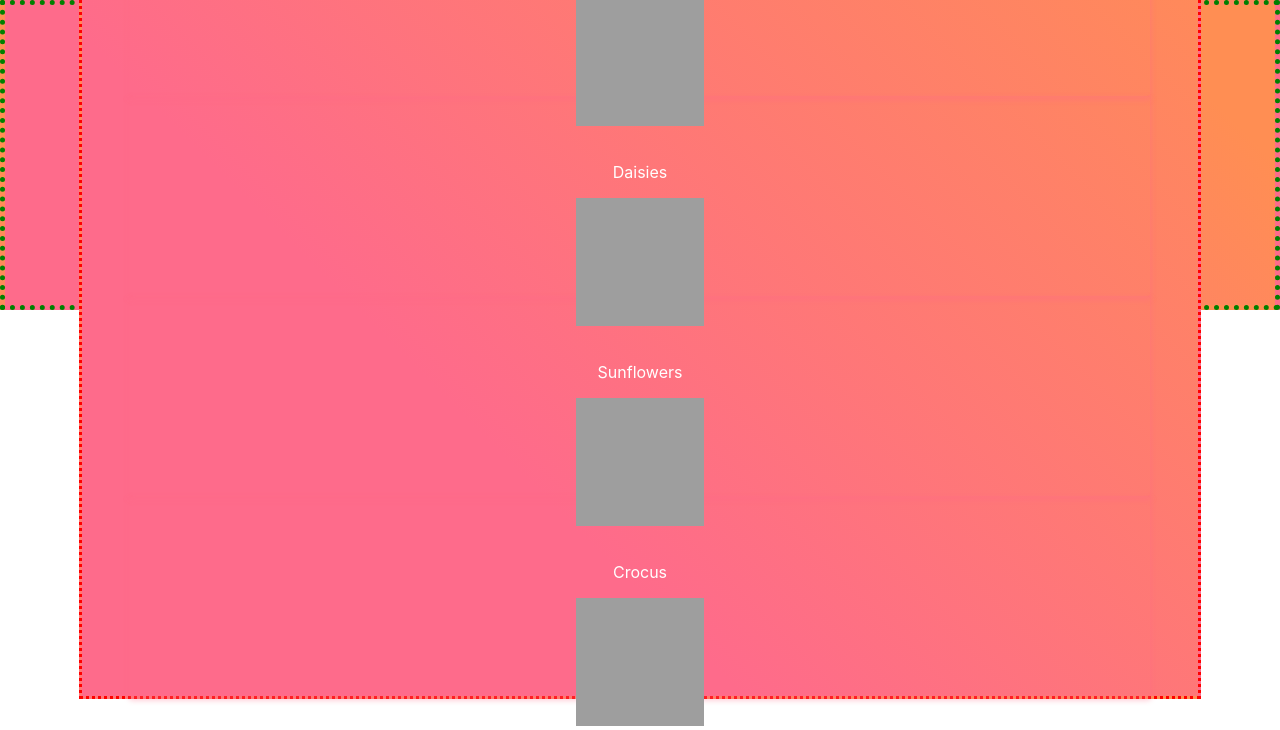
Repository: DevLuDaley/react-flower-shop
Page: /
The author's editor kept a copy of each file at every save. The page is drawn from the files as they stood at one save, then again after the next save.
The browser window is 1280 px wide. The pictures show the whole page.
Pictures or frames that could not be fetched are drawn as grey boxes. The project was rebuilt for these pictures with package versions that can differ from the ones it lists, and the page was loaded fresh each time.

Above is the page before, as saved 2021-02-19 22:06:54.

### src/App.js
// import './App.css';
import Grid from '@material-ui/core/Grid';
import Container from '@material-ui/core/Container';
import { makeStyles } from '@material-ui/core/styles';

// // or
// import { Grid } from '@material-ui/core';
//  import FlowerGallery from './components/FlowerGallery'
 import FlowersContainer from './Containers/FlowersContainer'


const useStyles = makeStyles({
  root: {
    background: 'linear-gradient(45deg, #FE6B8B 30%, #FF8E53 90%)',
    display: 'flex',
    justifyContent: 'center',
    alignItems: 'center',
    textAlign: 'center',
    height: '200px',
    border: '5px dotted green',
    padding: '50px'
  },
});

function App() {
  const classes = useStyles();
  return (
    <Grid className={classes.root}>
      <Container>
      <FlowersContainer/>
        {/* <FlowerGallery/> */}
      </Container>
    </Grid>
  );
}

export default App;

### src/Containers/FlowersContainer.js
import React from 'react';
import Grid from '@material-ui/core/Grid';
import Container from '@material-ui/core/Container';
import { makeStyles } from '@material-ui/core/styles';


import FlowerGallery from '../components/FlowerGallery'


const useStyles = makeStyles({
  root: {
    background: 'linear-gradient(45deg, #FE6B8B 30%, #FF8E53 90%)',
    // border: 0,
    // borderRadius: 3,
    // boxShadow: '0 3px 5px 2px rgba(255, 105, 135, .3)',
    // color: 'white',
    // height: "auto",
    // padding: '0 30px',
    // display: 'flex',
    justifyContent: 'center',
    alignItems: 'center',
    textAlign: 'center',
    // height: '200px',
    border: '3px dotted red'
  },
});


const FlowersContainer = () => {
    const classes = useStyles();
    return (

        <Grid>
            <Container className={classes.root}>
                <FlowerGallery/>
            </Container>
        </Grid>


     );
}

export default FlowersContainer;

### src/components/FlowerGallery.js
import React from 'react';
import { makeStyles } from '@material-ui/core/styles';

// import FlowerGalleryStyles from './FlowerGalleryStyles'
// import Button from materialmaterial
import Button from '@material-ui/core/Button';
import Container from '@material-ui/core/Container';

// const useStyles = makeStyles({
//   root: {
//     background: 'linear-gradient(45deg, #FE6B8B 30%, #FF8E53 90%)',
//     border: 0,
//     borderRadius: 3,
//     boxShadow: '0 3px 5px 2px rgba(255, 105, 135, .3)',
//     color: 'white',
//     // height: 48,
//     padding: '0 30px',
//     margin: '15 0'
//   },
// });

const useStyles = makeStyles({
  root: {
    // background: 'linear-gradient(45deg, #FE6B8B 30%, #FF8E53 90%)',
    // border: 0,
    borderRadius: 3,
    boxShadow: '0 3px 5px 2px rgba(255, 105, 135, .3)',
    color: 'white',
    height: 100,
    padding: '50px 30px',
    margin: '50'
  },
});

const FlowerGallery = () => {
      const classes = useStyles();
    // const classes = FlowerGalleryStyles()

const flowerList = [
  {
    id: 1,
    name: 'Red Roses',
    imageUrl: 'https://images.unsplash.com/photo-1548094967-e25a127d1f6d?ixid=MXwxMjA3fDB8MHxwaG90by1wYWdlfHx8fGVufDB8fHw%3D&ixlib=rb-1.2.1&auto=format&fit=crop&w=1137&q=80',
    rating: 5,
    alt: 'red-roses'},
  {
    id: 2,
    name: 'Tulips',
    imageUrl: 'https://images.unsplash.com/photo-1610444028097-40d9858bb44f?ixid=MXwxMjA3fDB8MHxwaG90by1wYWdlfHx8fGVufDB8fHw%3D&ixlib=rb-1.2.1&auto=format&fit=crop&w=1234&q=80',
    rating: 4,
    alt: 'tulips'},
  {
    id: 3,
    name: 'Daisies',
    imageUrl: 'https://images.unsplash.com/photo-1607061868914-e38515be98cb?ixid=MXwxMjA3fDB8MHxwaG90by1wYWdlfHx8fGVufDB8fHw%3D&ixlib=rb-1.2.1&auto=format&fit=crop&w=1091&q=80',
    rating: 4,
    alt: ''},

  {
    id: 4,
    name: 'Sunflowers',
    imageUrl: 'https://images.unsplash.com/photo-1598459832065-1e43b2283799?ixid=MXwxMjA3fDB8MHxzZWFyY2h8Nnx8c3VuZmxvd2VyJTIwYm9xdWV0fGVufDB8fDB8&ixlib=rb-1.2.1&auto=format&fit=crop&w=1200&q=60',
    rating: 5,
    alt: ''},
  {
    id: 5,
    name: 'Crocus',
    imageUrl: 'public/images/red-roses-bhttps://images.unsplash.com/photo-1488979246948-f4b573b1fae8?ixid=MXwxMjA3fDB8MHxzZWFyY2h8NXx8Y3JvY3VzfGVufDB8fDB8&ixlib=rb-1.2.1&auto=format&fit=crop&w=1200&q=60',
    rating: 5,
    alt: ''}

]

    return (
        <Container>
        <h1>This is a flower Gallery</h1>
        <section>
        {flowerList ? flowerList.map(flower =>
          <div className={classes.root}>
              <p>{flower.name}</p>
              <img src={flower.imageUrl} alt={flower.alt} style={{width:"128px", height: "128px"}}></img>
          </div>
        )
        : <p className="no-data-message"> No Flowers Yet</p>
        }


        </section>
        {/* <Button className={classes.root}>Hook</Button>
        <Button variant="contained" color="primary">Hook</Button> */}
      </Container>
      );
}

export default FlowerGallery;
// FlowerGalleryStyles

Loaded but not shown: public/index.html (common file); src/index.js (common file); src/index.css (common file); src/reportWebVitals.js (common file)

After the next save:
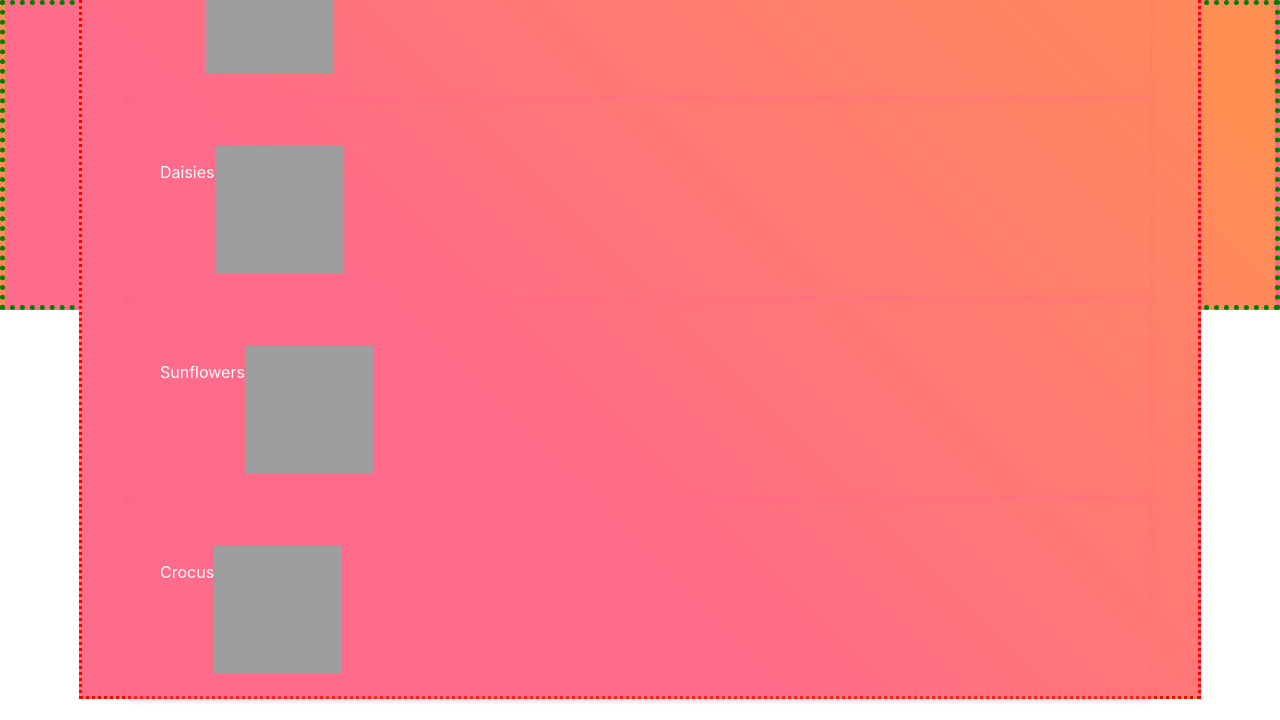
Saved 13 s later.
--- a/src/components/FlowerGallery.js
+++ b/src/components/FlowerGallery.js
@@ -28,7 +28,8 @@
     color: 'white',
     height: 100,
     padding: '50px 30px',
-    margin: '50'
+    margin: '50',
+    display: 'flex'
   },
 });
 

After the save that followed:
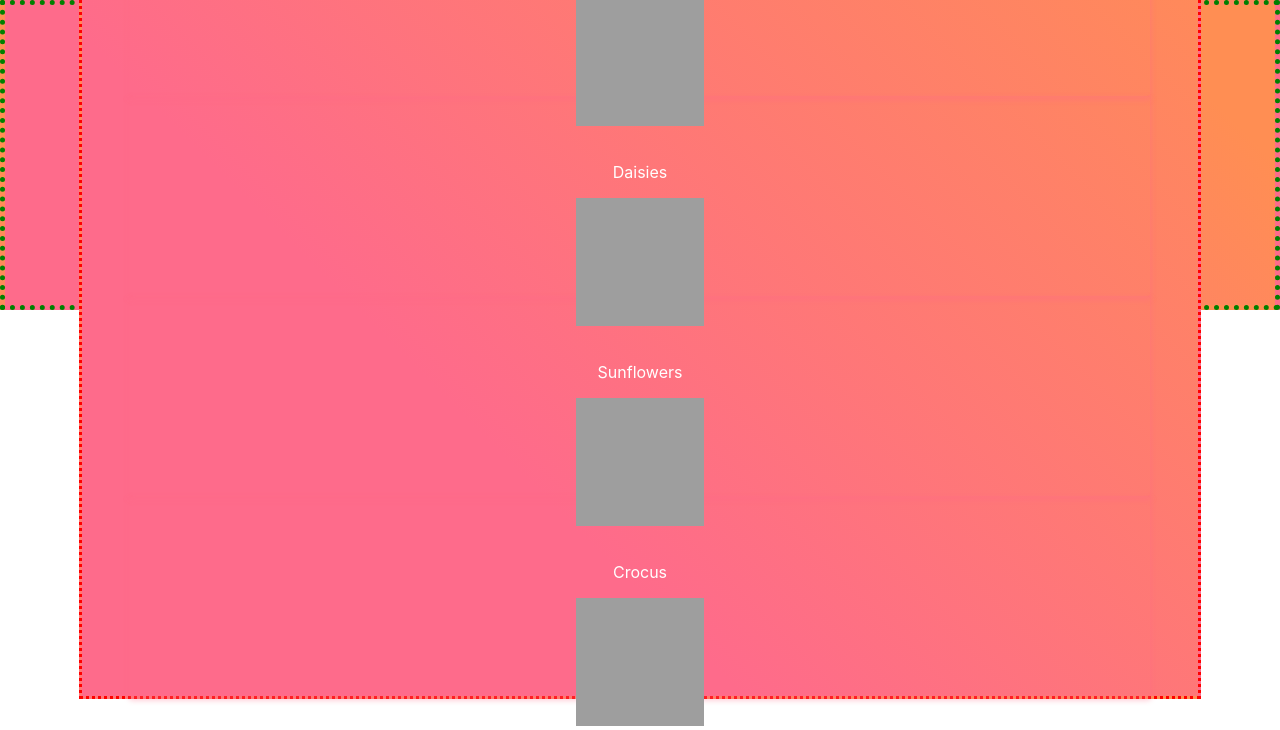
Saved 36 s later.
--- a/src/components/FlowerGallery.js
+++ b/src/components/FlowerGallery.js
@@ -29,7 +29,7 @@
     height: 100,
     padding: '50px 30px',
     margin: '50',
-    display: 'flex'
+    display: ''
   },
 });
 
